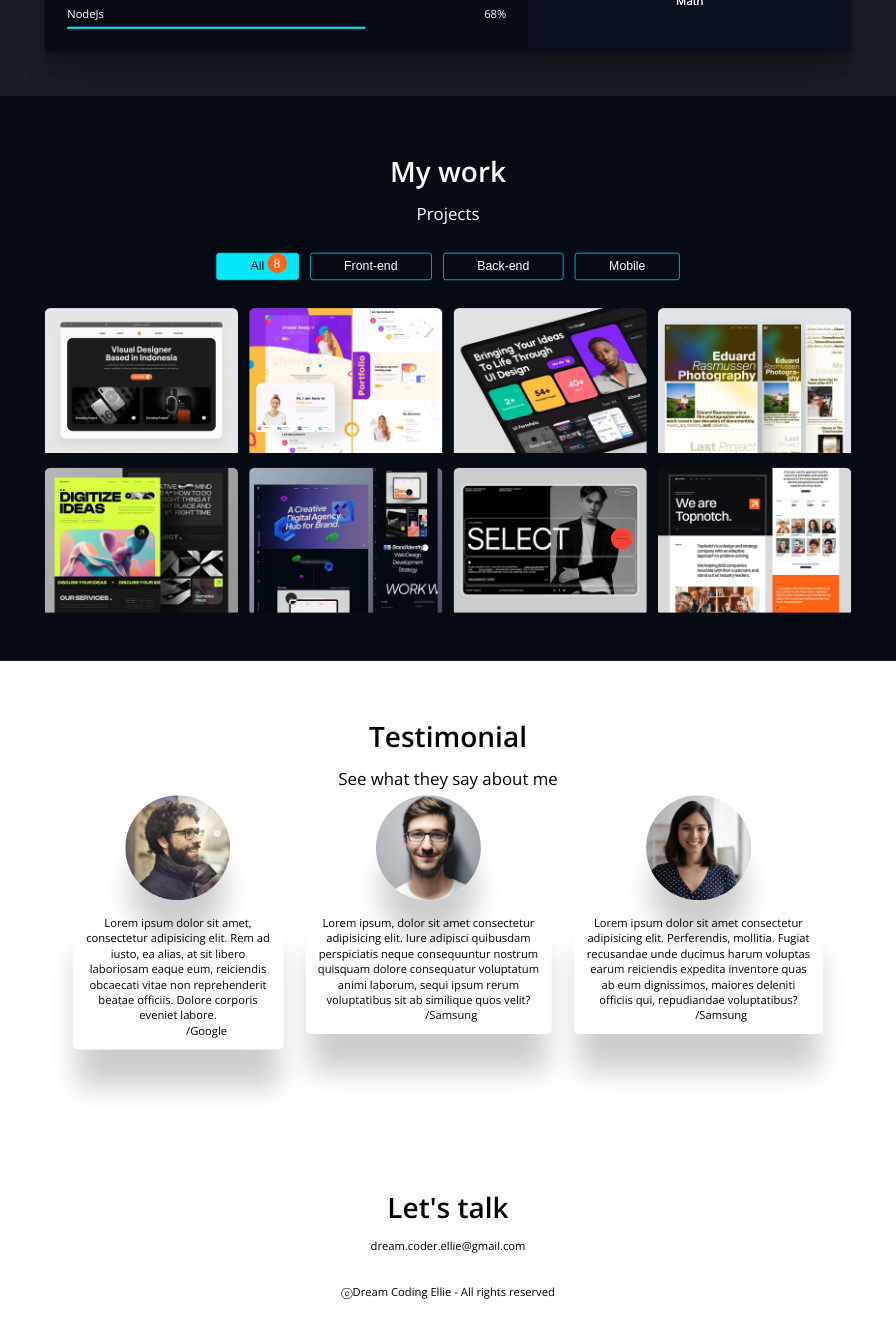
Repository: eggmoon/eggmoon_new
Page: index.html
These files come from the project's save history. The page is drawn as it stood at one moment and after a run of saves; the edit follows.
The browser window is 1280 px wide. The pictures show the part of the page from y = 2073 to 3993 px (the page is 3993 px tall), at 70% of full size.
Some web libraries are served in a nearby version.

Above is the page before, as saved 2025-02-26 15:01:05.

### index.html
<!DOCTYPE html>
<html lang="en">
  <head>
    <meta charset="UTF-8" />
    <meta http-equiv="X-UA-Compatible" content="IE=edge" />
    <meta name="viewport" content="width=device-width, initial-scale=1.0" />
    <!-- SEO -->
    <title>행정심판청구서 작성 가이드</title>
    <meta
      name="description"
      content="Portfolio for world-renowned software
    engineer Ellie"
    />
    <meta name="author" content="MScho" />
    <link rel="shortcut icon" href="images/favicon.ico" type="image/x-icon" />
    <!-- OG (Open Graph Data) -->
    <meta property="og:title" content="행정정심판청구서 작성 가이드" />
    <meta property="og:type" content="website" />
    <meta property="og:url" content="https://eggmoon.github.io/eggmoon/"/>
    <meta property="og:image" content="배포후에 생성된 이미지 URL" />
    <!-- Google Fonts -->
    <link rel="preconnect" href="https://fonts.googleapis.com" />
    <link rel="preconnect" href="https://fonts.gstatic.com" crossorigin />
    <link
      href="https://fonts.googleapis.com/css2?family=Open+Sans:wght@400;600&display=swap"
      rel="stylesheet"
    />
    <!-- Font Awesome -->
    <script src="https://kit.fontawesome.com/8d3cd595d6.js" crossorigin="anonymous"></script>
    <!-- CSS -->
    <link rel="stylesheet" href="css/style.css" />
    <!-- Javascript -->
    <script src="src/main.js" defer></script>
  </head>
  <body>
    <!-- Header -->
    <header class="header">
      <div class="header__logo">
        <img class="header__logo__img" src="images/favicon.ico" alt="logo" />
        <h1 class="header__logo__title"><a href="#">조미성 행정사사무소</a></h1>
      </div>
      <nav>
        <ul class="header__menu">
          <li><a class="header__menu__item active" href="#home">작성 Flow</a></li>
          <li><a class="header__menu__item" href="#about">사실관계 확인</a></li>
          <li><a class="header__menu__item" href="#skills">법령 포섭</a></li>
          <li><a class="header__menu__item" href="#work">사실의 재구성</a></li>
          <li><a class="header__menu__item" href="#testimonial">비례의 원칙</a></li>
          <li><a class="header__menu__item" href="#contact">청구서 작성</a></li>
        </ul>
      </nav>
    </header>
    <!-- Main -->
    <main>
      <!-- Home -->
      <section id="home" class="section">
        <img class="home__logo" src="images/favicon.ico" alt="Ellie's profile" />
        <h2 class="home__title"><strong class="home__title--strong">행정심판청구서</strong> <br> 작성 가이드</h2>
        <p class="home__description">사실관계 확정과 비례의 원칙을 중심으로</p>
        <a class="home__contact" href="#contact">조미성 행정사사무소</a>
      </section>
      <!-- About -->
      <section id="about" class="section max-container =">
        <h2 class="title">작성 Flow</h2>
        <p section="description">
          사실관계 및 법령의 확인
        </p>
        <p>내용을 작성해야 합니다.</p>
        <ul class="about__majors">
          <li class="about__major">
            <i class="fa-brands fa-html5 about__major__icon"></i>
            <p class="about__major__title">사실관계 및 관련 법령</p>
            <p>처분서에 따른... 확인</p>
          </li>
          <li class="about__major">
            <i class="fa-solid fa-mobile about__major__icon"></i>
            <p class="about__major__title">사실관계의 재구성</p>
            <p>사실관계...재구성</p>
          </li>
          <li class="about__major">
            <i class="fa-solid fa-server about__major__icon"></i>
            <p class="about__major__title">자료조사 및 법령의 해석론 확립</p>
            <p>논문, 법령... 등 조사</p>`
          </li>
        </ul>
        <ul class="about__subexps">
          <li class="about__subexp">
            <img src="images/jobs/google.png" alt="google logo" />
            <div>
              <p class="about__subexp__title">Google as Senior Software Engineer</p>
              <p class="about__subexp__content">2019 Oct - Until now</p>
            </div>
          </li>
          <li class="about__subexp">
            <img src="images/jobs/samsung.png" alt="samsung logo" />
            <div>
              <p class="about__subexp__title">Samsung as Software Engineer</p>
              <p class="about__subexp__content">2014 Sept - 2019 Oct</p>
            </div>
          </li>
        </ul>
      </section>
      <!-- Skills -->
      <section id="skills" class="section">
        <div class="max-container">
          <h2 class="title">사실관계의 확인</h2>
          <p class="description">사실관계</p>
          <p>
            Lorem ipsum dolor sit, amet consectetur adipisicing 계lit. Alias
            doloremque sint deleniti vel quod itaque molestias, suscipit dolor
            cupiditate saepe rem minima, amet ipsum accusantium architecto
            laboriosam dolore id necessitatibus?
          </p>
          <div class="skills-container">
            <section class="skills__rule">
              <h3 class="skills__title">Coding Skills</h3>
              <ul>
                <li class="bar">
                  <div class="bar__metadata"><span>HTML</span><span>98%</span></div>
                  <div><div class="bar__value bar__bg" style="width: 98%"></div></div>
                </li>
                <li class="bar">
                  <div class="bar__metadata"><span>CSS</span><span>90%</span></div>
                  <div><div class="bar__value bar__bg" style="width: 90%"></div></div>
                </li>
                <li class="bar">
                  <div class="bar__metadata"><span>JavaScript</span><span>90%</span></div>
                  <div><div class="bar__value bar__bg" style="width: 90%"></div></div>
                </li>
                <li class="bar">
                  <div class="bar__metadata"><span>TypeScript</span><span>80%</span></div>
                  <div><div class="bar__value bar__bg" style="width: 80%"></div></div>
                </li>
                <li class="bar">
                  <div class="bar__metadata"><span>React</span><span>79%</span></div>
                  <div><div class="bar__value bar__bg" style="width: 79%"></div></div>
                </li>
                <li class="bar">
                  <div class="bar__metadata"><span>NodeJs</span><span>68%</span></div>
                  <div><div class="bar__value bar__bg" style="width: 68%"></div></div>
                </li>
              </ul>
            </section>
            <section class="skills__explain">
              <h3 class="skills__title">Tools</h3>
              <ul>
                <li>Visual Studio Code</li>
                <li>IntelliJ</li>
                <li>Android Studio Code</li>
                <li>iOS development tools</li>
                <li>Sketch app</li>
              </ul>
            </section>
            <section class="skills__data">
              <h3 class="skills__title">Etc</h3>
              <ul>
                <li>Git</li>
                <li>Scrum Master</li>
                <li>Math</li>
              </ul>
            </section>
          </div>
        </div>
      </section>
      <!-- Work -->
      <section id="work" class="section">
        <div class="max-container">
          <h2 class="title">My work</h2>
          <p class="description">Projects</p>
          <ul class="categories">
            <li>
              <button class="category category--selected">All <span class="category__count">8</span></button>
            </li>
            <li>
              <button class="category">Front-end <span class="category__count">3</span></button>
            </li>
            <li>
              <button class="category">Back-end <span class="category__count">3</span></button>
            </li>
            <li>
              <button class="category">Mobile <span class="category__count">2</span></button>
            </li>
          </ul>
          <ul class="projects">
            <li class="project">
              <a href="#" target="_blank">
                <img src="images/projects/project1.webp" alt="project1" class="project__img"/>
                <div class="project__metadata">
                  <h3 class="project__title">Project #1</h3>
                  <p>Clone Coding with HTML, CSS</p>
                </div>
              </a>
            </li>
            <li class="project">
              <a href="#" target="_blank">
                <img src="images/projects/project2.webp" alt="project2" class="project__img"/>
                <div class="project__metadata">
                  <h3 class="project__title">Project #2</h3>
                  <p>Clone Coding with HTML, CSS</p>
                </div>
              </a>
            </li>
            <li class="project">
              <a href="#" target="_blank">
                <img src="images/projects/project3.webp" alt="project3" class="project__img"/>
                <div class="project__metadata">
                  <h3 class="project__title">Project #3</h3>
                  <p>Clone Coding with HTML, CSS</p>
                </div>
              </a>
            </li>
            <li class="project">
              <a href="#" target="_blank">
                <img src="images/projects/project4.webp" alt="project4" class="project__img"/>
                <div class="project__metadata">
                  <h3 class="project__title">Project #4</h3>
                  <p>Clone Coding with HTML, CSS</p>
                </div>
              </a>
            </li>
            <li class="project">
              <a href="#" target="_blank">
                <img src="images/projects/project5.webp" alt="project5" class="project__img"/>
                <div class="project__metadata">
                  <h3 class="project__title">Project #5</h3>
                  <p>Clone Coding with HTML, CSS</p>
                </div>
              </a>
            </li>
            <li class="project">
              <a href="#" target="_blank">
                <img src="images/projects/project6.webp" alt="project6" class="project__img"/>
                <div class="project__metadata">
                  <h3 class="project__title">Project #6</h3>
                  <p>Clone Coding with HTML, CSS</p>
                </div>
              </a>
            </li>
            <li class="project">
              <a href="#" target="_blank">
                <img src="images/projects/project7.webp" alt="project7" class="project__img"/>
                <div class="project__metadata">
                  <h3 class="project__title">Project #7</h3>
                  <p>Clone Coding with HTML, CSS</p>
                </div>
              </a>
            </li>
            <li class="project">
              <a href="#" target="_blank">
                <img src="images/projects/project8.webp" alt="project8" class="project__img"/>
                <div class="project__metadata">
                  <h3 class="project__title">Project #8</h3>
                  <p>Clone Coding with HTML, CSS</p>
                </div>
              </a>
            </li>
          </ul>
        </div>
      </section>
      <!-- Testimonials -->
      <section id="testimonials" class="section max-container">
        <h2 class="title">Testimonial</h2>
        <p class="description">See what they say about me</p>
        <ul class="testimonials">
          <li class=".testimonial">
            <img src="images/testimonials/people1.webp" alt="people1" class="testimonial__img" />
            <div class="testimonial__bubble">
              <p>
                Lorem ipsum dolor sit amet, consectetur adipisicing elit. Rem ad
                iusto, ea alias, at sit libero laboriosam eaque eum, reiciendis
                obcaecati vitae non reprehenderit beatae officiis. Dolore
                corporis eveniet labore.
              </p>
              <p><a href="#">James Kim</a> /Google</p>
            </div>
          </li>
          <li class=".testimonial">
            <img src="images/testimonials/people2.webp" alt="people2" class="testimonial__img" />
            <div class="testimonial__bubble">
              <p class="testimonial__bubble__name">
                Lorem ipsum, dolor sit amet consectetur adipisicing elit. Iure
                adipisci quibusdam perspiciatis neque consequuntur nostrum
                quisquam dolore consequatur voluptatum animi laborum, sequi
                ipsum rerum voluptatibus sit ab similique quos velit?
              </p>
              <p><a href="#">Anna Jin</a> /Samsung</p>
            </div>
          </li>
          <li class=".testimonial">
            <img src="images/testimonials/people3.webp" alt="people3" class="testimonial__img" />
            <div class="testimonial__bubble">
              <p class="testimonial__bubble__name">
                Lorem ipsum dolor sit amet consectetur adipisicing elit.
                Perferendis, mollitia. Fugiat recusandae unde ducimus harum
                voluptas earum reiciendis expedita inventore quas ab eum
                dignissimos, maiores deleniti officiis qui, repudiandae
                voluptatibus?
              </p>
              <p class="testimonial__bubble__name"><a href="#">Anna Jin</a> /Samsung</p>
            </div>
          </li>
        </ul>
      </section>
      <!-- Arrow up -->
      <aside>
        <a href="#home" title="back to top">
          <i class="fa-solid fa-arrow-up"></i>
        </a>
      </aside>
    </main>
    <!-- Footer -->
    <footer id="contact" class="section">
      <h2 class="title">Let&#39;s talk</h2>
      <p class="testimonial__bubble__name" class="section">dream.coder.ellie@gmail.com</p>
      <ul>
        <li>
          <a
            href="https://github.com/dream-ellie"
            target="_blank"
            title="my github link"
          >
            <i class="fa-brands fa-github"></i>
          </a>
        </li>
        <li>
          <a
            href="https://github.com/dream-ellie"
            target="_blank"
            title="my linkedin link"
          >
            <i class="fa-brands fa-linkedin"></i>
          </a>
        </li>
      </ul>
      <p class="testimonial__bubble__name">ⓒDream Coding Ellie - All rights reserved</p>
    </footer>
  </body>
</html>

### css/style.css
/* Global */
:root {
/* App Colors */
  --color-primary: var(--color-black);
  --color-primary-variant: var(--color-gray);
  --color-accent: var(--color-blue);
  --color-accent-variant: var(--color-orange);
  --color-text: var(--color-white);
  /* Colors */
  --color-white: #ffffff;
  --color-black: #050a13;
  --color-blue: #03e8f9;
  --color-orange: #fd6413;
  --color-gray: #1b1e26;
  /* Size */
  --size-max-width: 1200px;
}
*{
  box-sizing: border-box;
}
body {
  font-family: 'Open Sans', sans-serif;
  margin: 0;
}
h1, h2, h3, p, ul {
  margin: 0;
}

ul {
  list-style: none;
  padding: 0;
}

a{
  text-decoration: none;
  color: var(--color-text);
}

button{
  background-color: transparent;
  outline: 0;
  border: 0;
}

button:focus {
  outline: 1px solid var(--color-blue);
}

/* Common */
.section{
  padding: 4rem;
  text-align: center !important;
}

.title{
  font-size: 2.5rem;
  margin: 1rem 0;

}

.description{
  font-size:1.5rem;
  margin:0.5rem 0;
}

.max-container {
  max-width: var(--size-max-width);
  margin: auto;
}

/* Header */
.header{
  position: fixed;
  background-color: var(--color-black);
  top: 0;
  width: 100%;
  padding:1rem;
  display: flex;
  justify-content: space-between;
  align-items: center;
  z-index:1;
}

.header__logo{
  display:flex;
  align-items: center;
  gap: 8px
}

.header__logo__img{
  width: 36px;
  height: 36px;
}

.header__logo__title {
  font-size: 1.8rem;
}

.header__menu{
  display:flex;
  gap: 4px;
}
.header__menu__item{
  padding: 8px 16px;
}
.header__menu__item:hover{
  border-bottom: 1px solid var(--color-accent);
}
.header__menu__item.active{
  border: 1px solid var(--color-accent);
}
/* Home */
#home{
  background-color: var(--color-primary);
  color: var(--color-text);
  padding: 5rem 1rem;
  padding-top: 7rem;
  text-align: center;
}
.home__logo{
 width: 250px;
 height: 250px;
 object-fit: contain;
 border: 3px solid var(--color-accent);
 border-radius: 50%;
}
.home__title{
 font-size:3rem;
 margin-bottom: 1rem;

}
.home__title--strong{
  color: var(--color-accent);
}
/* .home__description{

} */

.home__contact{
  display: inline-block;
  background-color: var(--color-accent);
  color: var(--color-black);
  padding: 0.5rem 1rem;
  font-weight: bold;
  border-radius: 4px;
}

.home__contact:hover{
    /* hover 밀림 현상 해결: width, height을 주거나 outline으로 해결함 */
  background-color:transparent;
  outline: 1px solid var(--color-accent);
  color: var(--color-text);
}

/* about */

.about__majors{
  display: flex;
  justify-content: space-between;
  gap: 1rem;
  margin: 2.5rem 0;
}

.about__major{
  background-color: var(--color-primary-variant);
  padding: 2rem 1rem;
  color: var(--color-text);
  border-radius: 1rem;
  cursor: default;
  box-shadow:4.0px 8.0px 8.0px rgba(0,0,0,0.38);
  flex-grow:1;
  flex-shrink:1;
  flex-basis:0;
}

.about__major__icon{
  font-size: 4rem;
  margin: 1rem 0;
  color: var(--color-accent);
  transition: all 300ms ease;
}

.about__major__title{
 font-size: 1.5rem;
 font-weight: bold;
 margin-bottom: 1rem;
}

.about__major:hover .about__major__icon{
  transform: rotate(-15deg) scale(1.2);
}

.about__subexps{
  text-align: start;
}
.about__subexp{
  display:flex;
  align-items: center;
  gap: 8px;
  margin-bottom: 1rem;
}
.about__subexp__title{
  color: var(--color-primary);
}

.about__subexp__content{
  color: var(--color-primary);
}

/* skills */

#skills {
  background-color: var(--color-primary-variant);
  color: var(--color-text);
}
.skills__title{
  color: var(--color-accent);
  margin: 1rem 0;
  font-size: 1.2rem;
  margin: 2rem 3rem;
}
.skills-container{
  display: grid;
  grid-template-columns: 6fr 4fr;
  background-color: var(--color-primary);
  border-radius: 8px;
  overflow: hidden;
  box-shadow: 0 2.8px 2.2px rgba(0, 0, 0, 0.034), 0 6.7px 5.3px rgba(0, 0, 0, 0.048), 0 12.5px 10px rgba(0, 0, 0, 0.06), 0 22.3px 17.9px rgba(0, 0, 0, 0.072), 0 41.8px 33.4px rgba(0, 0, 0, 0.086), 0 100px 80px rgba(0, 0, 0, 0.12)
}

.skills__rule{
  grid-row: span 2;
  padding: 1rem;
}

.skills__explain{
  padding: 1rem;
}

.skills__data{
  padding: 1rem;
  background-color: var(--color-primary);
    filter: brightness(150%);
}

.bar{
  display:flex;
  flex-direction: column;
  padding: 1rem;
  gap: 0.5rem;
}
.bar__metadata{
  display:flex;
  justify-content:space-between;
}
.bar__bg{
  width: 100%;
  height: 3px;
  background-color: var(--color-primary-varient);
}
.bar__value{
  background-color: var(--color-accent);
}

 /* Work */
 #work {
  background-color: var(--color-primary);
  color: var(--color-text);
 }

 .categories {
  display:flex;
  justify-content: center;
  margin: 2.5rem;
  gap: 1rem;
 }

 .category {
  position:relative;
  color: var(--color-text);
  font-size: 1.1rem;
  padding: 0.5rem 3rem;
  border-radius: 4px;
  border: 1px solid var(--color-accent);
  cursor: pointer;
  white-space: nowrap;
 }


 .category__count{
  opacity: 0;
  position: absolute;
  top: -20px;
  right: 16px;
  width: 28px;
  height: 28px;
  line-height: 28px;
  border-radius: 100%;
  background-color: var(--color-accent-variant);
  color: var(--color-text);
  transition: all 300ms ease-in;
 }
 .category--selected {
  background-color: var(--color-accent);
  color: var(--color-primary);
 }
 .category--selected .category__count,
 .category:hover .category__count {
  opacity: 1;
  top:0;
 }

 .projects {
  display: grid;
  grid-template-columns: repeat(4, 1fr);
  grid-template-rows: repeat(2,1fr);
  gap: 1rem;
 }

 .project{
  position:relative;
  border-radius:8px;
  overflow:hidden;
 }

 .project__img{
  width: 100%;
 }

 .project__metadata{
  opacity: 0;
  position: absolute;
  top: 0;
  left: 0;
  width: 100%;
  height: 100%;
  background-color: var(--color-black);
  display:flex;
  flex-direction: column;
  justify-content: center;
  align-items: center;
  transition: all 250ms ease-in;
  transform: translateY(-10px);
 }

 .project__metadata:hover {
  opacity:0.8;
  transform: translateY(0px);
 }
 .project__title:after{
  content: '';
  display: block;
  position:relative;
  left:50%;
  transform: translate(-60%);
  width: 80px;
  height: 2px;
  background-color: var(--color-accent);
  margin:0.5rem;
 }

 /* Testimonial */

 .testimonials{
  display: flex;
  gap: 2rem;
  margin-bottom: 2rem;
 }

 .testimonial{
  display: flex;
 }
 .testimonial__img{
 width: 150px;
 height: 150px;
 border-radius: 100%;
 box-shadow: rgba(0, 0, 0, 0.2) 0px 60px 40px -7px;
 }
 .testimonial__bubble{
  padding: 1rem;
  border-radius: 8px;
  box-shadow: rgba(0, 0, 0, 0.2) 0px 60px 40px -7px;
 }

 .testimonial__bubble__name{
  cover: var(--color-accent);
 }

Loaded but not shown: src/main.js (no copy from this time; the picture is the same without it)

After the next 2 saves:
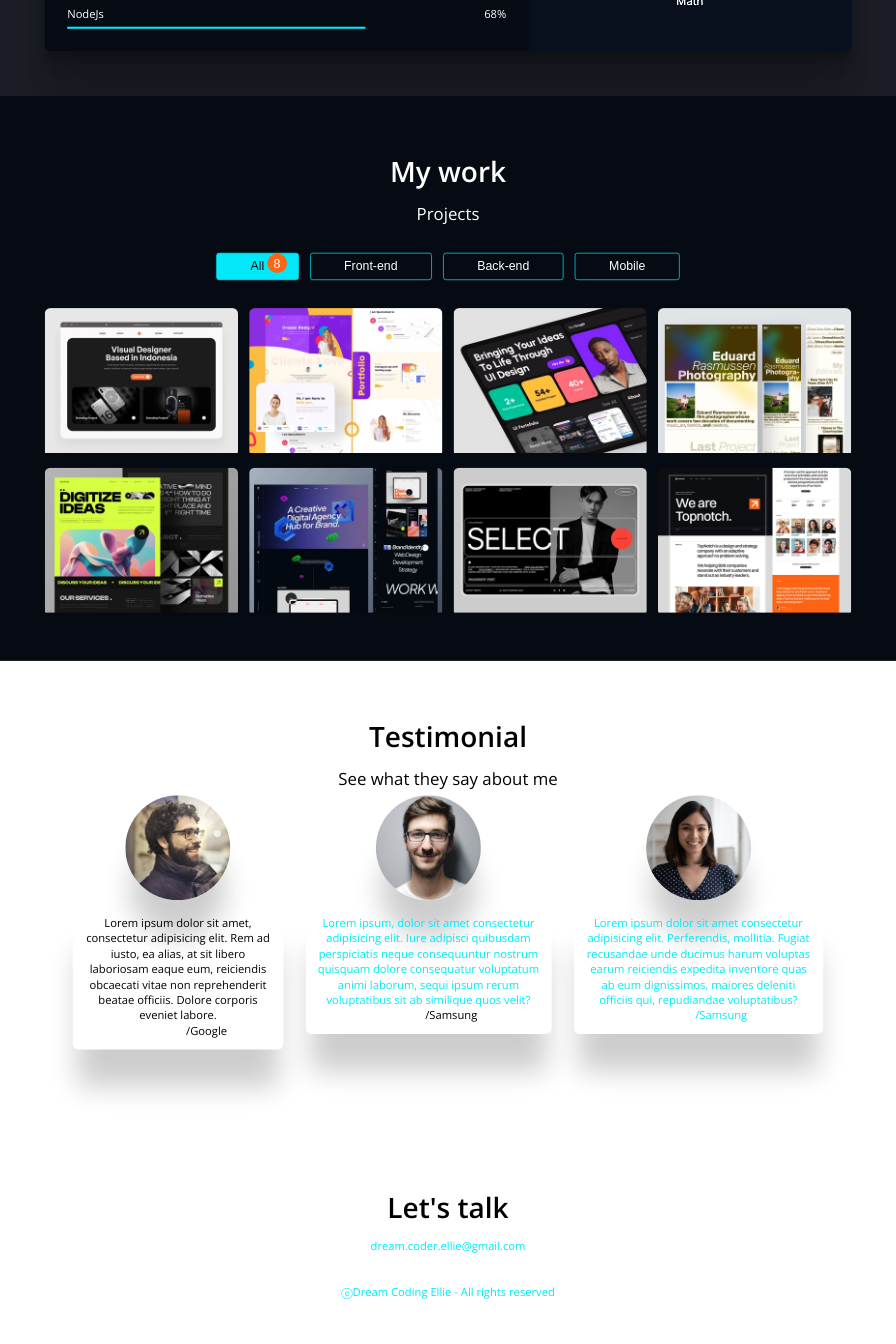
The 2 saves are shown as one change because they came seconds apart.
The last was saved 6 s later.
--- a/css/style.css
+++ b/css/style.css
@@ -383,5 +383,5 @@
  }
 
  .testimonial__bubble__name{
-  cover: var(--color-accent);
- }
+  color: var(--color-accent);
+ }
